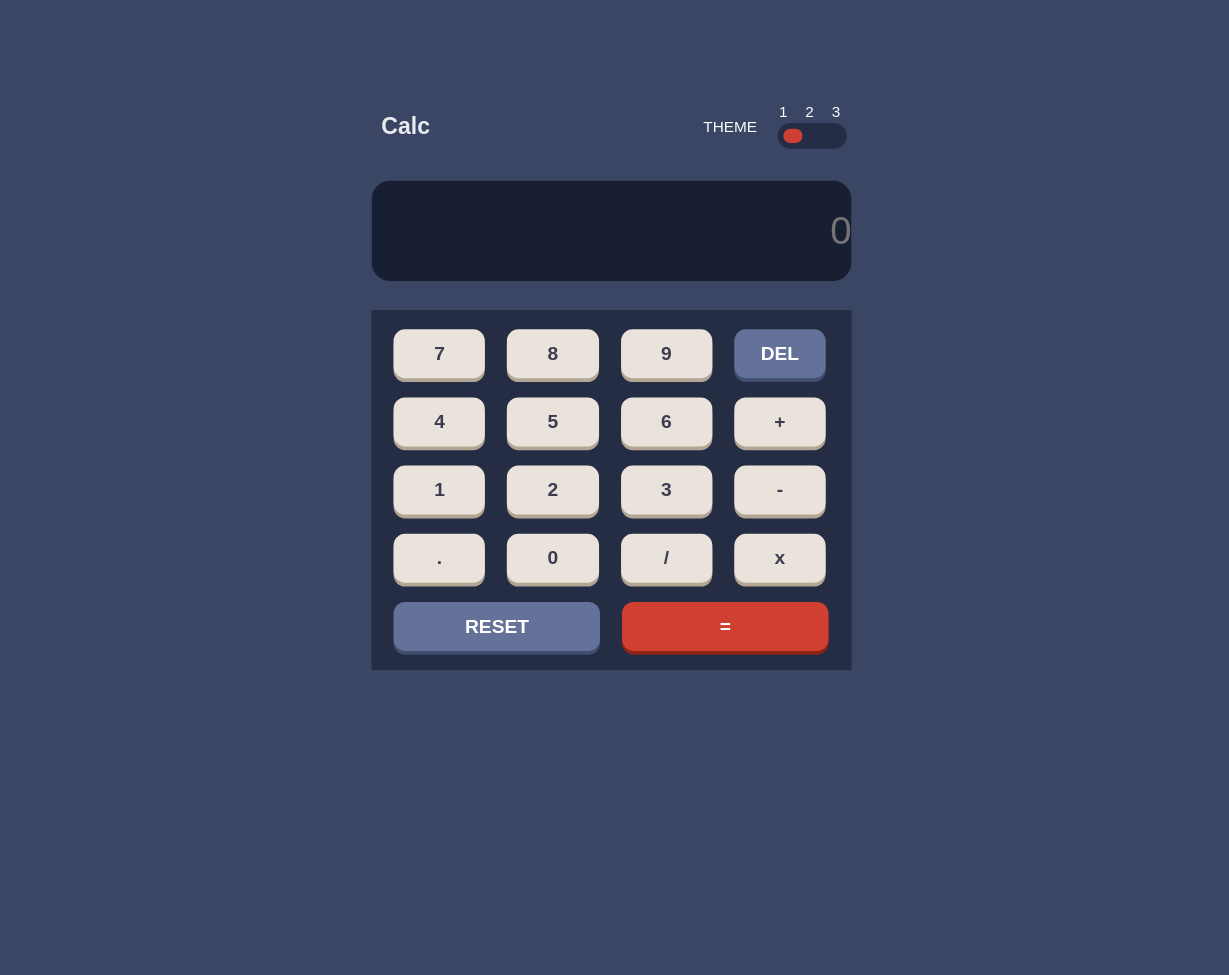
Repository: Bakyproit/Calcutor
Page: index.html
These files come from the project's save history. The page is drawn as it stood at one moment and after a run of saves; the edit follows.
The browser window is 1280 px wide. The pictures show the whole page, at 96% of full size.

Above is the page before, as saved 2022-02-10 13:38:53.
Console error: ReferenceError: script is not defined

After the next 2 saves:
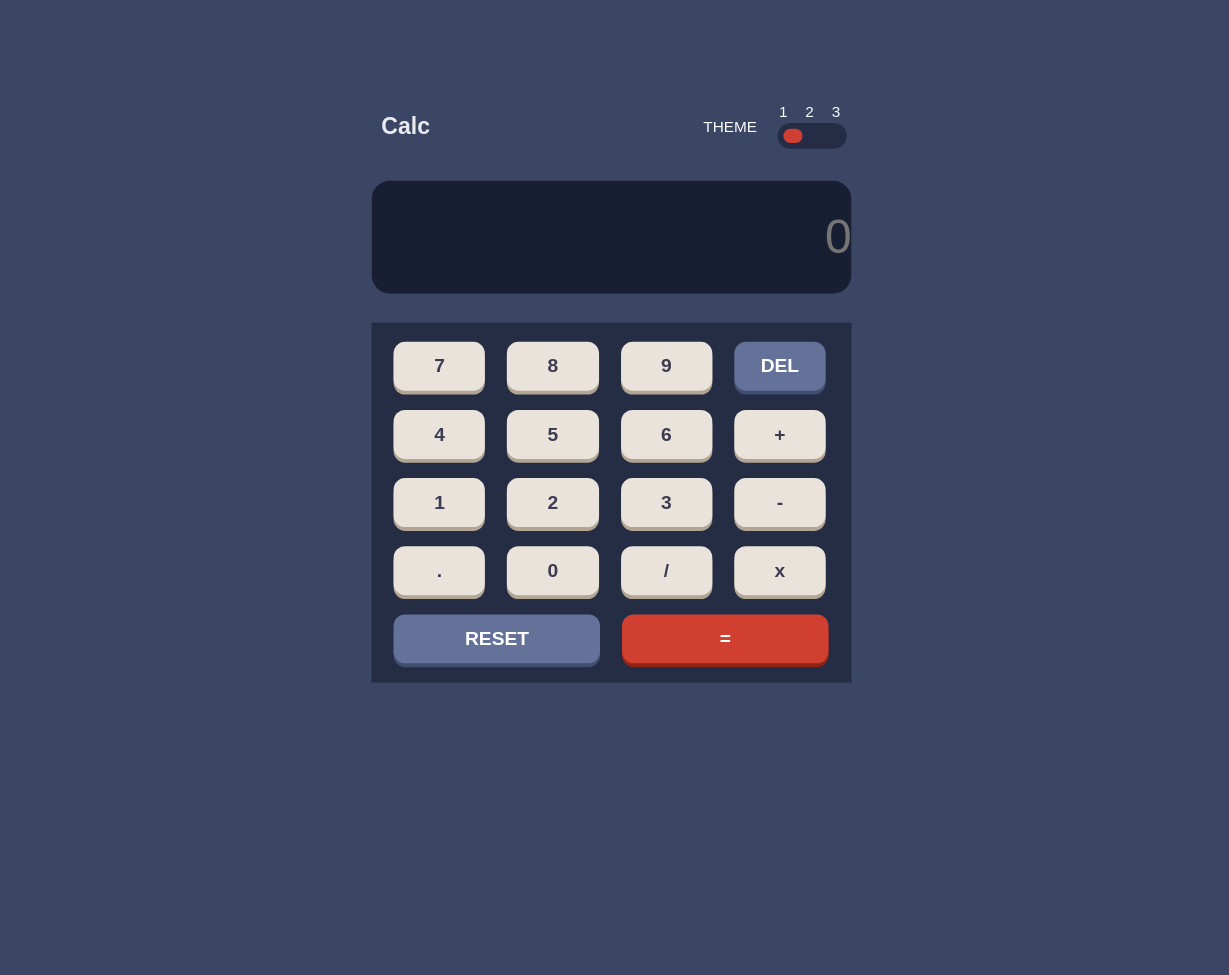
The 2 saves are shown as one change because they came seconds apart.
The last was saved 8 s later.
--- a/asset/App.css
+++ b/asset/App.css
@@ -106,7 +106,7 @@
     border: none;
     text-align: end;
     padding: 30px 0;
-    font-size: 40px;
+    font-size: 50px;
 }
 
 .app__content{

After the 2 saves that followed:
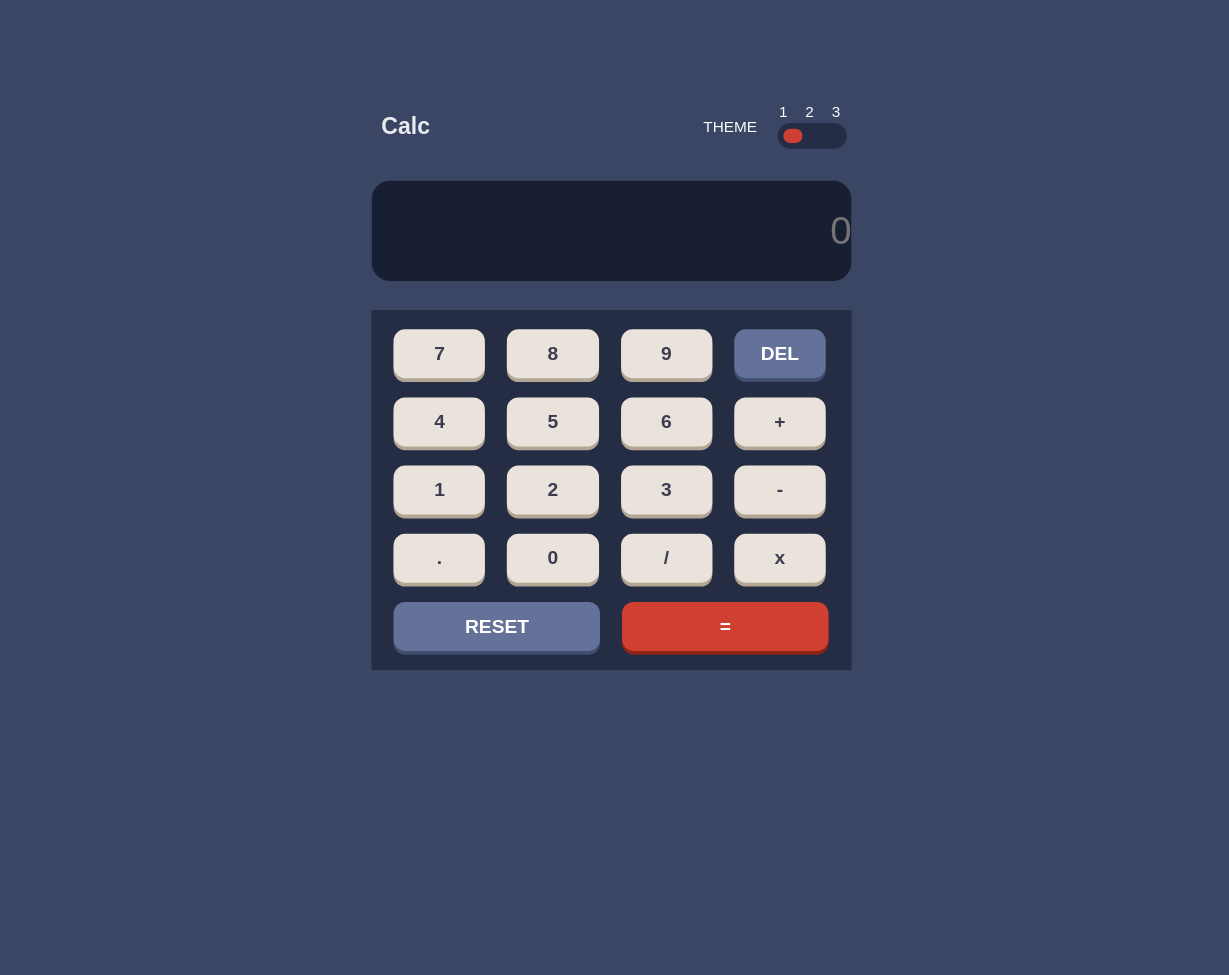
The 2 saves are shown as one change because they came seconds apart.
The last was saved 8 s later.
--- a/asset/App.css
+++ b/asset/App.css
@@ -106,7 +106,7 @@
     border: none;
     text-align: end;
     padding: 30px 0;
-    font-size: 50px;
+    font-size: 40px;
 }
 
 .app__content{
